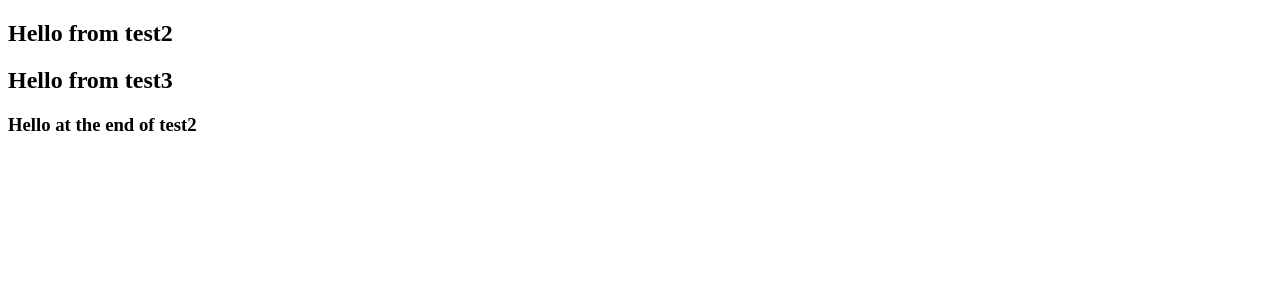
Repository: akshay399/adv-java-daywise
Page: http://localhost/day6.1_lab/test2.jsp
The author's editor kept a copy of each file at every save. The page is drawn from the files as they stood at one save, then again after the next save.
The browser window is 1280 px wide. The pictures show the whole page.
The page is served by Tomcat 9.

Above is the page before, as saved 2022-11-28 11:56:57.

### day6.1_lab/src/main/webapp/test2.jsp
<%@ page language="java" contentType="text/html; charset=UTF-8"
    pageEncoding="UTF-8"%>
<!DOCTYPE html>
<html>
<head>
<meta charset="UTF-8">
<title>test 2</title>
</head>
<%! String message =  "hello from instance of test1" ;%>
<body>
<h2>Hello from test2</h2>
<%@ include file="test3.jsp" %>
<h3>Hello at the end of test2</h3>
</body>
</html>

### day6.1_lab/src/main/webapp/test3.jsp
<%@ page language="java" contentType="text/html; charset=UTF-8"
    pageEncoding="UTF-8"%>
<!DOCTYPE html>
<html>
<head>
<meta charset="UTF-8">
<title>test3</title>
</head>
<body>
<h2>Hello from test3</h2>
</body>
</html>

After the next save:
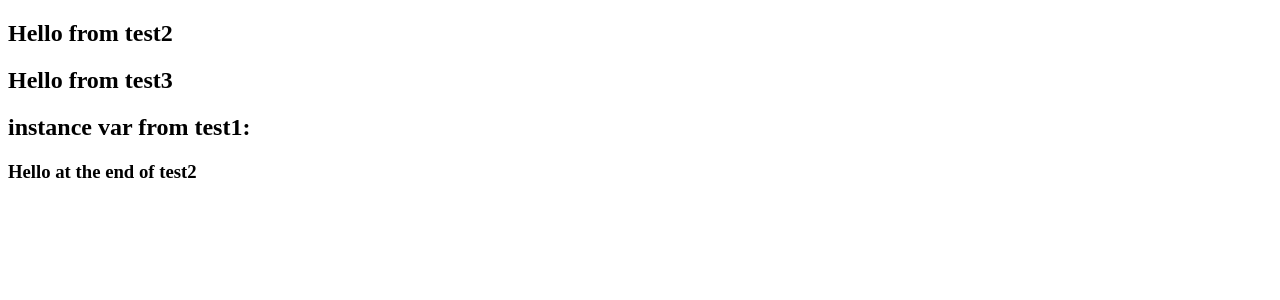
Saved 51 s later.
--- a/day6.1_lab/src/main/webapp/test3.jsp
+++ b/day6.1_lab/src/main/webapp/test3.jsp
@@ -8,5 +8,6 @@
 </head>
 <body>
 <h2>Hello from test3</h2>
+<h2>instance var from test1: ${message}</h2>
 </body>
 </html>
